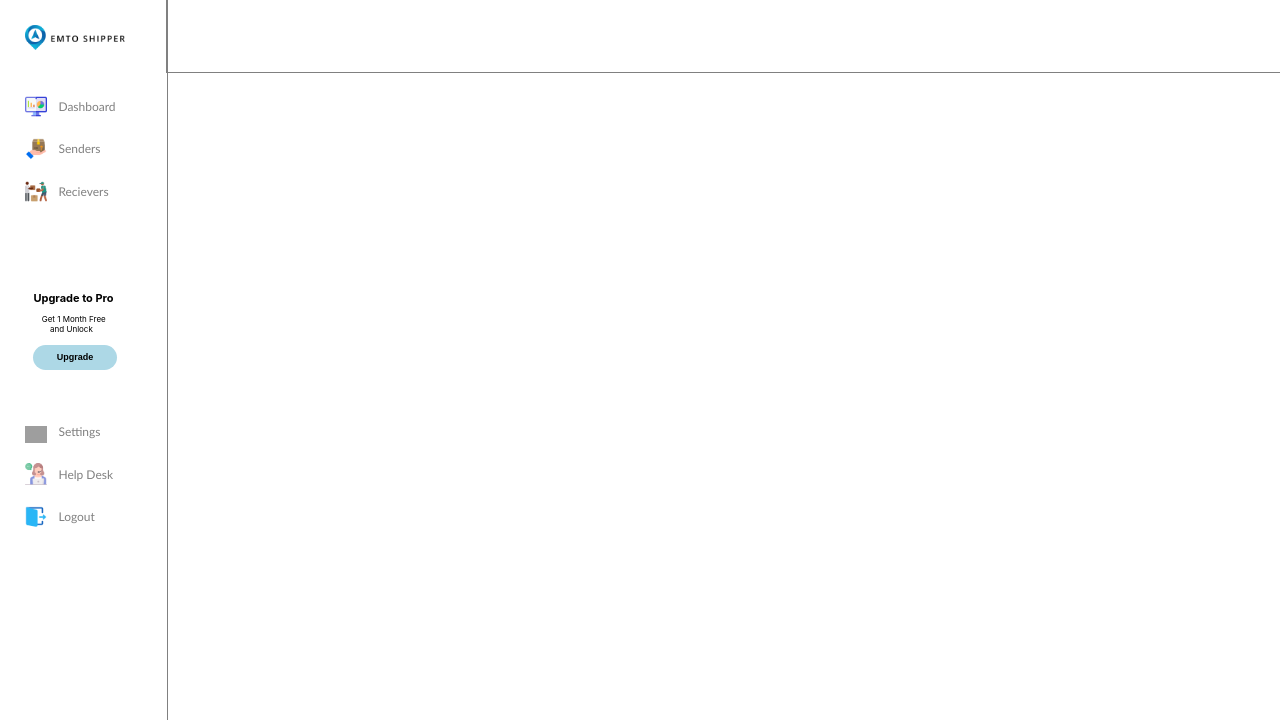
Repository: RoshanArun/Emto-Web
Page: /dashboard (app in emto/reactfirst/)
The author's editor kept a copy of each file at every save. The page is drawn from the files as they stood at one save, then again after the next save.
The browser window is 1280 px wide. The pictures show the whole page.
Pictures or frames that could not be fetched are drawn as grey boxes. The project was rebuilt for these pictures with package versions that can differ from the ones it lists, and the page was loaded fresh each time. Also part of the build but not shown: emto/reactfirst/src/pages/SignUp/SignUp.css, emto/reactfirst/src/pages/SignUp/SignUp.js, emto/reactfirst/src/pages/Login/Login.js.

Above is the page before, as saved 2023-07-26 00:18:03.

### emto/reactfirst/src/App.js
import React from 'react';
import './pages/Login/Login.css';
import './pages/SignUp/SignUp.css';
import './pages/DashBoard/DashBoard.css';

import { BrowserRouter as Router, Routes, Route }
    from 'react-router-dom';

import SignUp from './pages/SignUp/SignUp';
import Login from './pages/Login/Login';
import DashBoard from './pages/DashBoard/DashBoard';


function App() {
    return (
        <Router>
            <Routes>
                <Route exact path='/' element={<Login />} />
                <Route path='/sign-up' element={<SignUp />} />
                <Route path='/dashboard' element={<DashBoard />} />
            </Routes>
        </Router>
    );
}

export default App;

### emto/reactfirst/src/pages/Login/Login.css
.wrapper {
  width: 100%;
  height: 100%;
  display: flex;
  flex-basis: 100%;
}

.page-left {
  width: 30%;
  min-width: 250px;
  height: 100vh;
  min-height: 570px;
  background-color: #f5f5f5;
}

.page-right {
  width: 100%;
  height: 75vh;
  background-color: #ffffff;
}

.logo {
  width: 60%;
  padding-top: 5%;
  padding-left: 5%;
  padding-bottom: 35%;
}

.truck {
  width: 100%;
  padding-bottom: 10%;
}

.emtocaption {
  width: 65%;
  padding-left: 7%;
  padding-bottom: 5%;
}

.box {
  width: 85%;
  background-color: white;
  border-radius: 25px;
  margin-left: 5%;
  padding-left: 5%;
  padding-top: 2%;
  padding-bottom: 10%;
}

.details {
  font-size: 13px;
  font-family: 'Gill Sans', 'Gill Sans MT', Calibri, 'Trebuchet MS', sans-serif;
  padding-bottom: 8%;
}

.link {
  font-size: 10px;
  font-family: 'Gill Sans', 'Gill Sans MT', Calibri, 'Trebuchet MS', sans-serif;
}

.signin-content {
  height: 85%;
  width: 240px;
  margin-left: auto;
  margin-right: auto;
  padding-top: 30vh;
  min-height: 300px;
}

.signin-label {
  font-size: 27px;
  padding-bottom: 10%;
  padding-right: 30%;
  font-family: 'Gill Sans', 'Gill Sans MT', Calibri, 'Trebuchet MS', sans-serif;
  float: left;
}

.num-label {
  float: left;
  font-size: 12px;
  margin-bottom: 7px;
  font-family: 'Gill Sans', 'Gill Sans MT', Calibri, 'Trebuchet MS', sans-serif;
}

.numinput {
  border-radius: 5px;
  border: 1px solid lightgrey;
  height: 35px;
  width: 235px;
  float: left;
}

input::-webkit-inner-spin-button {
  -webkit-appearance: none;
  margin: 0;
}

.small {
  display: block;
  margin-bottom: -10px;
}

.invalidnumber {
  font-size: 8px;
  float: right;
  color: red;
}

.OTP-label {
  float: left;
  font-size: 11px;
  margin-right: 200px;
  margin-bottom: 7px;
  font-family: 'Gill Sans', 'Gill Sans MT', Calibri, 'Trebuchet MS', sans-serif;
}

.OTPNUM-input {
  width: 50px;
  height: 50px;
  border-radius: 5px;
  border: 1px solid lightgrey;
  position: relative;
  margin-right: 6px;
}

.OTPNUM-inputend {
  width: 50px;
  height: 50px;
  border-radius: 5px;
  border: 1px solid lightgrey;
  position: relative;
}

.invalidOTP {
  font-size: 8px;
  float: right;
  color: red;
}

.submit-button {
  width: 240px;
  height: 35px;
  background-color: #0d69ae;
  color: white;
  border-radius: 5px;
  border: 1px solid lightgrey;
  font-family: 'Gill Sans', 'Gill Sans MT', Calibri, 'Trebuchet MS', sans-serif;
  font-size: 11px;
  margin-top: 10px;
}

.bottom {
  height: 5%;
  margin-top: 1.5%;
  width: 100%;
  font-size: 9px;
  font-family: 'Gill Sans', 'Gill Sans MT', Calibri, 'Trebuchet MS', sans-serif;
}

.terms {
  margin-left: 5px;
  float: left;
}

.language {
  font-size: 9px;
  float: right;
  font-family: 'Gill Sans', 'Gill Sans MT', Calibri, 'Trebuchet MS', sans-serif;
  padding: 3px;
  margin-right: 10px;
}

.radio-button {
  float: right;
  height: 10px;
  width: 10px;
}

@media (max-width: 600px) {
  .wrapper {
    flex-wrap: wrap;
  }

  div {
    flex-basis: 33%;
  }

  .page-left {
    width: 100%;
    min-width: 100%;
    height: 100%;
    background-color: #f5f5f5;
  }

  .box {
    width: 85%;
    background-color: white;
    border-radius: 25px;
    margin-left: 5%;
    padding-left: 5%;
    padding-top: 2%;
    padding-bottom: 5%;
    margin-bottom: 5%;
  }

  .page-right {
    width: 100%;
    min-width: 100%;
    height: 150vw;
    background-color: #f5f5f5;
  }

  .signin-content {
    height: 85%;
    width: 240px;
    padding-top: 25vh;
    text-align: center;

  }
}

### emto/reactfirst/src/pages/DashBoard/DashBoard.css
.dashboard-top{
    height: 10vh;
    width: 100vw;
    outline: 1px solid gray;
}

.dashboard-left {
    width: 15vw;
    height: 100vh;
    outline: 1px solid gray;
}

.dashboardlogo {
    width: 60%;
    margin-top: 15%;
    margin-bottom: 15%;
    margin-left: 15%;
}

.dashboardicon {
    margin-top: 10%;
    margin-left: 15%;
    width: 13%
}

.dashboardlabels{
    margin-left: 7%;
    font-size: 12px;
    position: relative;
    bottom: .5vw;
    font-family: 'Gill Sans', 'Gill Sans MT', Calibri, 'Trebuchet MS', sans-serif;
    color: gray;
}

.pro{
    margin-left: 20%;
    font-size: 11px;
    font-weight: bold;

}

.unlock{
    margin-left: 25%;
    font-size: 8px;
    word-wrap: break-word;

}

.unlock2{
    margin-left: 30%;
    font-size: 8px;
    word-wrap: break-word;
}

.upgrade {
    background-color: lightblue; /* Green */
    border: none;
    text-align: center;
    font-size: 9px;
    font-weight: bold;
    margin-left: 20%;
    margin-top: 5%;
    border-radius: 15px;
    width: 50%;
    height: 3.5%;
  }

### emto/reactfirst/src/pages/DashBoard/DashBoard.js
import React from 'react';
import IMAGES from '../../Components';

const DashBoard = () => {
    return (
        <div class="DashBoard">
            <meta name="viewport" content="width=device-width, initial-scale=1.0" />
            <div class="wrapper">


                <div class="dashboard-left">
                    <img src={IMAGES.emtologo} class="dashboardlogo" alt="dashboardlogo" /><br></br>
                    <img src={IMAGES.dashboard} class="dashboardicon" alt="dashboardlogo" /><label class="dashboardlabels">Dashboard</label><br></br>
                    <img src={IMAGES.senders} class="dashboardicon" alt="dashboardlogo" /><label class="dashboardlabels">Senders</label><br></br>
                    <img src={IMAGES.recievers} class="dashboardicon" alt="dashboardlogo" /><label class="dashboardlabels">Recievers</label><br></br><br></br><br></br><br></br><br></br>
                    <label class="pro">Upgrade to Pro</label><br></br>
                    <label class="unlock">Get 1 Month Free</label><span class="small"></span>
                    <label class="unlock2">and Unlock</label><br></br>
                    <button class="upgrade">Upgrade</button><br></br><br></br><br></br>

                    <img src={IMAGES.settings} class="dashboardicon" alt="dashboardlogo" /><label class="dashboardlabels">Settings</label><br></br>
                    <img src={IMAGES.csx} class="dashboardicon" alt="dashboardlogo" /><label class="dashboardlabels">Help Desk</label><br></br>
                    <img src={IMAGES.logout} class="dashboardicon" alt="dashboardlogo" /><label class="dashboardlabels">Logout</label><br></br><br></br><br></br><br></br><br></br>
                </div>
                <div class="dashboard-top">

                </div>
            </div>
        </div>
    );
}



export default DashBoard;

### emto/reactfirst/src/Components/index.js
const IMAGES = {
    emtocaption: require('./emto-caption.png'),
    emtotruck: require('./emtotruck.jpg'),
    emtologo: require('./emto-logo.png'),

    dashboard: require('./business-report.png'),
    senders: require('./senders.png'),
    recievers: require('./recievers.png'),

    settings: require('./settings.png'),
    csx: require('./customer-service.png'),
    logout: require('./logout.png'),

}

export default IMAGES;

Loaded but not shown: emto/reactfirst/public/index.html (common file); emto/reactfirst/src/index.js (common file); emto/reactfirst/src/index.css (common file); emto/reactfirst/src/reportWebVitals.js (common file)

After the next save:
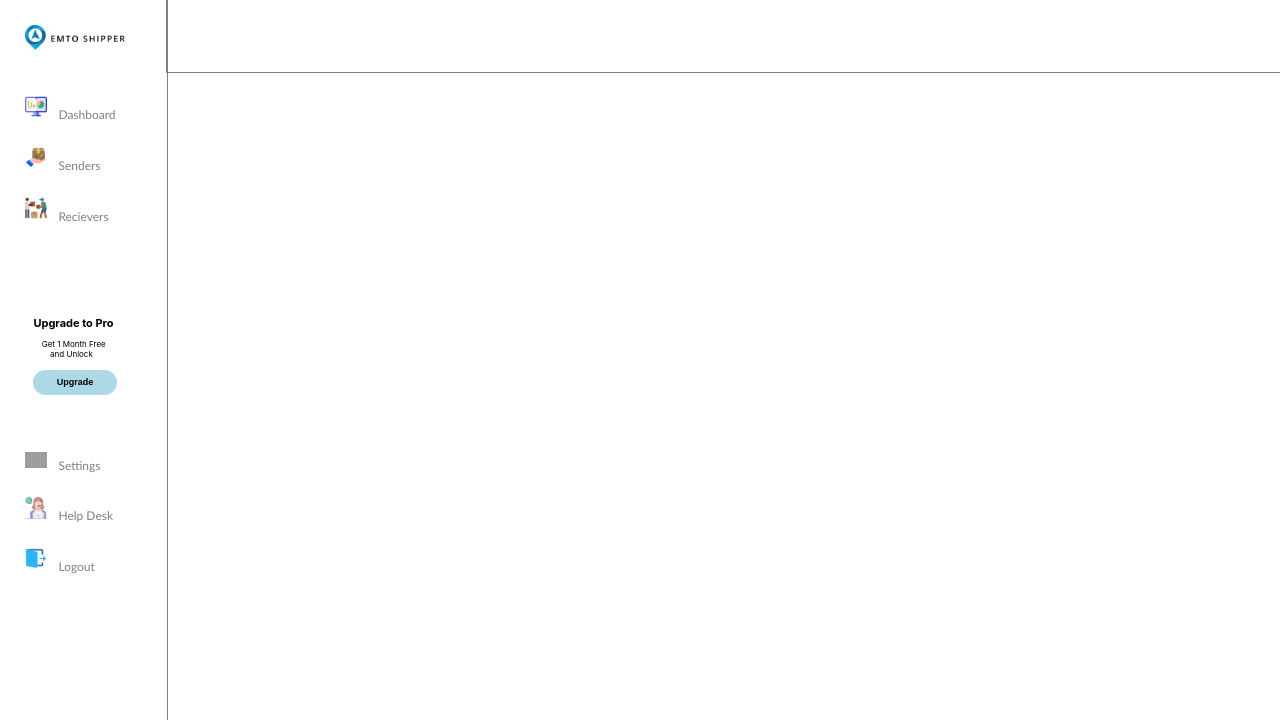
Saved 43 s later.
--- a/emto/reactfirst/src/pages/DashBoard/DashBoard.css
+++ b/emto/reactfirst/src/pages/DashBoard/DashBoard.css
@@ -20,7 +20,8 @@
 .dashboardicon {
     margin-top: 10%;
     margin-left: 15%;
-    width: 13%
+    width: 13%;
+    margin-bottom: 5%;
 }
 
 .dashboardlabels{

After the save that followed:
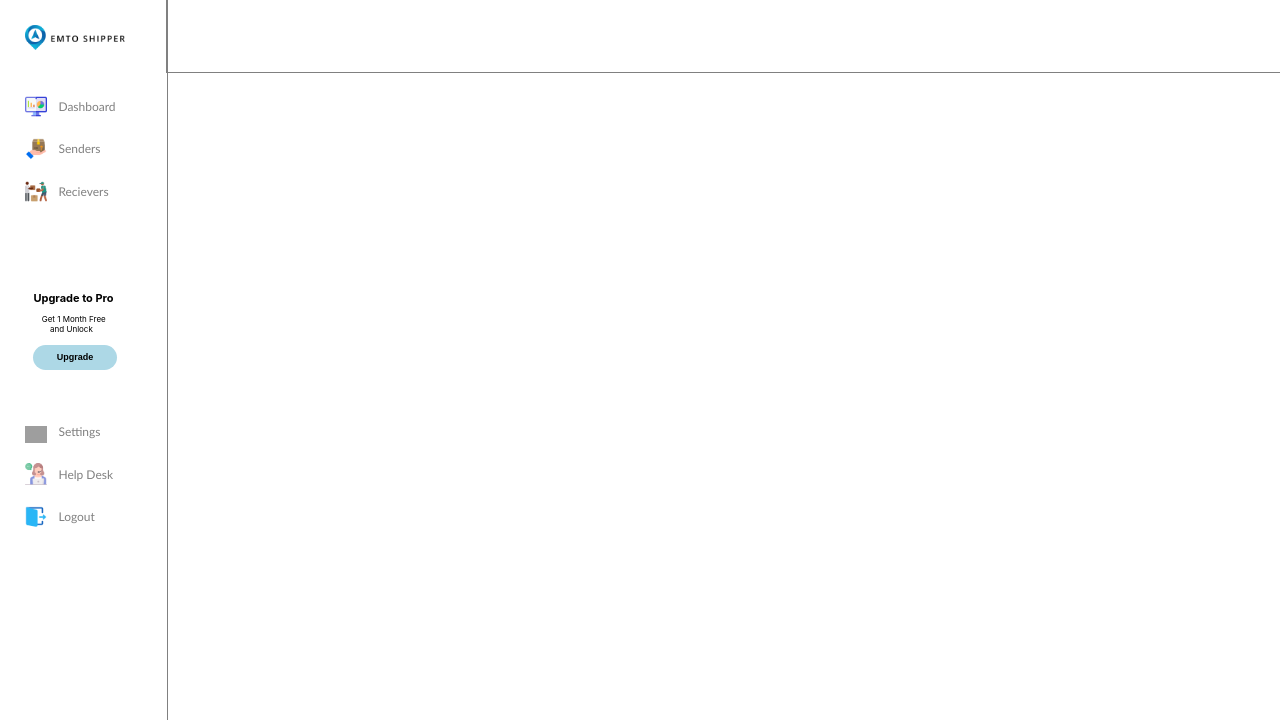
Saved 8 s later.
--- a/emto/reactfirst/src/pages/DashBoard/DashBoard.css
+++ b/emto/reactfirst/src/pages/DashBoard/DashBoard.css
@@ -21,7 +21,6 @@
     margin-top: 10%;
     margin-left: 15%;
     width: 13%;
-    margin-bottom: 5%;
 }
 
 .dashboardlabels{
